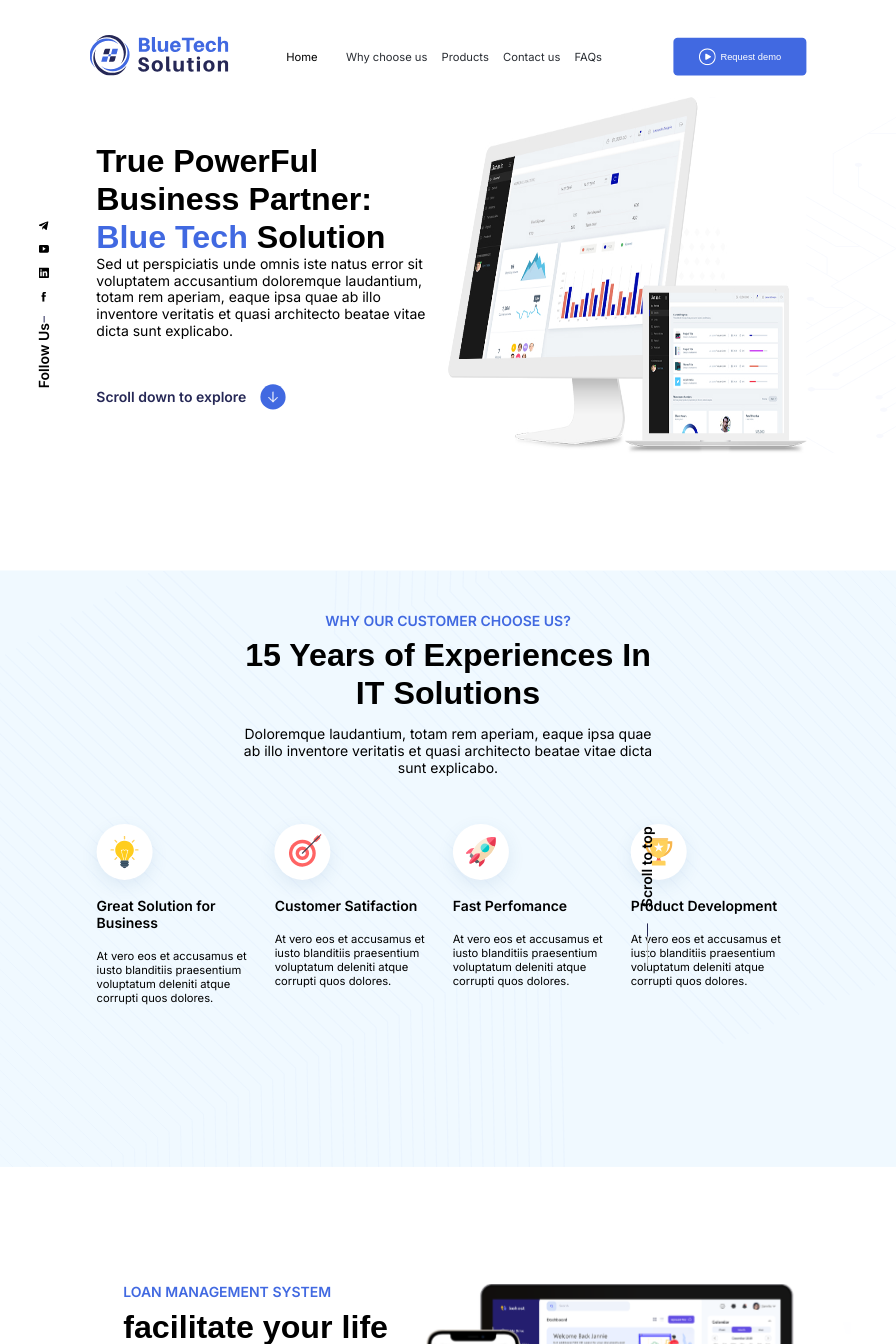
Repository: Chamsmey/static-html-css
Page: index.html
The author's editor kept a copy of each file at every save. The page is drawn from the files as they stood at one save, then again after a run of saves.
The browser window is 1280 px wide. The pictures show the part of the page from y = 0 to 1920 px (the page is 3034 px tall), at 70% of full size.
Some web fonts or font styles are not loaded; a fallback is used.

Above is the page before, as saved 2022-11-15 15:46:38.

### index.html
<!DOCTYPE html>
<html lang="en">

<head>
    <meta charset="UTF-8">
    <meta http-equiv="X-UA-Compatible" content="IE=edge">
    <meta name="viewport" content="width=device-width, initial-scale=1.0">
    <title>Blue Tech Solution</title>
    <link rel="stylesheet" href="./css/style.css">
    <link rel="shortcut icon" href="./icons/BlueTech solution _ Logo.svg" type="image/x-icon">
</head>

<body>

    <!-- /// navbar  -->
    <div class="container">
        <nav>
            <div class="logo_group">
                <img src="./icons/BlueTech solution _ Logo.svg" alt="">
            </div>
            <ul class="nav_menu flex_evenly_center">
                <a href="#">
                    <li class="menu_items">Home</li>
                </a>
                <a href="#choose_us">
                    <li class="menu_items">Why choose us
                </a>
                <a href="#products">
                    <li class="menu_items">Products
                </a>
                <a href="#contact">
                    <li class="menu_items">Contact us
                </a>
                <a href="#faq">
                    <li class="menu_items">FAQs</li>
                </a>
            </ul>
            <button class="btn btn_primary">
                <img src="./icons/icon_play_circle.svg" alt="">
                <span>Request demo</span>
            </button>
        </nav>
        <!-- // home  -->
        <section id="home" class="">
            <!-- si=============side left ========= -->
            <div id="side_left" class="flex_beteen_center">

                <div id="follow_social">
                    <div class="icon_group flex_col">
                        <img class="follow_icon" width="15.02px" height="12.6px" src="./icons/icon_telegram.svg" alt="">
                        <img class="follow_icon" width="14.98px
                        " height="11.24px" src="./icons/icon_youtube.svg" alt="">
                        <img class="follow_icon" width="15px" height="15px" src="./icons/icon_linkedIn.svg" alt="">
                        <img class="follow_icon" width="7.5px" height="15px" src="./icons//Icon_facebook.svg" alt="">
                        <img class="follow_icon" width="2px" height="10px" src="./icons//icon_I.svg" alt="">

                        <h5 class="text_tranform text_sm text_center my_25"> Follow Us </h5>

                    </div>
                </div>
                <div id="content">
                    <div class="">
                        <h1 class="text_3xl" >True PowerFul Business Partner: <span class="text_3xl color_primary">Blue Tech </span>Solution</h1>
                        <p class="text_sm">Sed ut perspiciatis unde omnis iste natus error sit voluptatem
                            accusantium doloremque laudantium, totam rem aperiam, eaque ipsa quae ab
                            illo inventore veritatis et quasi architecto
                            beatae vitae dicta sunt explicabo.</p>
                    </div>
                    <div class="">
                        <div id="scroll_icon">
                            <h4 class="text_sm color_secodary">Scroll down to explore</h4>
                            <div class="icon_circle bg_primary ml_10">
                                <img src="./icons/icon_arrow_down_white.png" alt="">
                            </div>
                        </div>

                    </div>

                </div>
            </div>
            <!-- /////////////// side right  -->
            <div id="side_right">
                <img src="./images/home/01.jpg" alt="">
            </div>
        </section>
        </section>

        <!-- choose us -->
        <section id="choose_us" class="choose_us_section bg_primary">
            <div class="header">
                <div class="section_header">
                    <h4 class="text_sm color_primary text_upper mt_50">
                        Why our customer choose us?
                    </h4>
                    <h1 class="text_3xl my_10">
                        15 Years of Experiences
                        In IT Solutions
                    </h1>
                    <p class="text_sm my_10">
                        Doloremque laudantium, totam rem aperiam,
                        eaque ipsa quae ab illo inventore veritatis et quasi architecto beatae
                        vitae dicta sunt explicabo.
                    </p>
                </div>
            </div>
            <div class="card_group_items">
                <div class="card_group flex_beteen_start">
                    <div class="card">
                        <div class="card_header">
                            <div class="icon_circle bg_white icon_80x_80x box_shadow">
                                <img src="./icons/icon_light.svg" alt="">
                            </div>
                        </div>
                        <div class="card_body">
                            <h4 class="text_sm my_25">Great Solution for Business</h4>
                            <p class="text_ms my_10">At vero eos et accusamus et iusto blanditiis praesentium
                                voluptatum deleniti atque corrupti quos dolores.</p>
                        </div>
                    </div>
                    <div class="card">
                        <div class="card_header">
                            <div class="icon_circle bg_white icon_80x_80x box_shadow">
                                <img class="posttion_absolute_center" src="./icons/icon_focus.svg" alt="">
                            </div>
                        </div>
                        <div class="card_body">
                            <h4 class="text_sm my_25">Customer Satifaction</h4>
                            <p class="text_ms my_10">At vero eos et accusamus et iusto blanditiis praesentium
                                voluptatum deleniti atque corrupti quos dolores.</p>
                        </div>
                    </div>
                    <div class="card">
                        <div class="card_header">
                            <div class="icon_circle bg_white icon_80x_80x box_shadow">
                                <img src="./icons/icon_rocket.svg" alt="">
                            </div>
                        </div>
                        <div class="card_body">
                            <h4 class="text_sm my_25">Fast Perfomance</h4>
                            <p class="text_ms my_10">
                                At vero eos et accusamus et iusto blanditiis praesentium
                                voluptatum deleniti atque corrupti quos dolores.</p>
                        </div>
                    </div>
                    <div class="card">
                        <div class="card_header">
                            <div class="icon_circle bg_white icon_80x_80x box_shadow">
                                <img src="./icons/icon_champion.svg" alt="">
                            </div>
                        </div>
                        <div class="card_body">
                            <h4 class="text_sm my_25">Product Development</h4>
                            <p class="text_ms my_10">At vero eos et accusamus et iusto blanditiis praesentium
                                voluptatum deleniti atque corrupti quos dolores.</p>
                        </div>
                    </div>
                </div>
            </div>
            <div class="scroll_bar">
                <h4 class="scroll_bar_title text_sm text_tranform py_30">
                 Scroll to top
                </h4>

                <div class="bar">
                    <img src="./icons/icon_scroll_bar.svg" alt="">
                </div>
            </div>
        </section>
    </div>
    <div>

    </div>
    <!-- product  -->
    <div class="container">
        <section id="products" class="products_section">
            <div class="product_description">
                <h4 class="text_sm text_upper color_primary">Loan Management system</h4>
                <h1 class="text_3xl mt_10">
                    facilitate your life and business
                </h1>
                <p class="text_ms">We provide you with turnkey solutions to support the development
                    of your business and make a better life.</p>
                    <div class="product_values flex_beteen_start">
                        <div class="product_value flex_align_center mt_20">
                            <img src="./icons/icon_percent.svg" alt="">
                            <p class="text_sm text_simibold ml_20">Eliminating human error</p>
                        </div>
                        <div class="product_value flex_align_center mt_20">
                            <img src="./icons/icon_micro.svg" alt="">
                            <p class="text_sm text_simibold ml_20">Automated reporting</p>
                        </div>
                        <div class="product_value flex_align_center mt_20">
                            <img src="./icons/icon_prevent.svg" alt="">
                            <p class="text_sm text_simibold ml_20">Preventing delays in payment</p>
                        </div>
                        <div class="product_value flex_align_center mt_20">
                            <img src="./icons/icon_sms.svg" alt="">
                            <p class="text_sm text_simibold ml_20">Increased revenue</p>
                        </div>
                        <div class="product_value flex_align_center mt_20">
                            <img src="./icons/icon_save.svg" alt="">
                            <p class="text_sm text_simibold ml_20">Saving time</p>
                        </div>
                    </div>
                <button class="btn btn_primary mt_50"><a href="#" class="color_white">Explore more</a> <img src="./icons/icon_arrow_right.svg" alt=""></button>
            </div>
            <div class="product_bg">
                <img src="./images/product.svg" alt="">

            </div>

        </section>
        <section id="products" class="products_section">
            <div class="product_bg">
                <img src="./images/products/products.svg" alt="">

            </div>
            <div class="product_description">
                <h4 class="text_sm text_upper color_primary">Loan Management system</h4>
                <h1 class="text_3xl mt_10">
                    facilitate your life and business
                </h1>
                <p class="text_ms">We provide you with turnkey solutions to support the development
                    of your business and make a better life.</p>
                    <div class="product_values flex_beteen_start">
                        <div class="product_value flex_align_center mt_20">
                            <img src="./icons/icon_percent.svg" alt="">
                            <p class="text_sm text_simibold ml_20">Eliminating human error</p>
                        </div>
                        <div class="product_value flex_align_center mt_20">
                            <img src="./icons/icon_micro.svg" alt="">
                            <p class="text_sm text_simibold ml_20">Automated reporting</p>
                        </div>
                        <div class="product_value flex_align_center mt_20">
                            <img src="./icons/icon_prevent.svg" alt="">
                            <p class="text_sm text_simibold ml_20">Preventing delays in payment</p>
                        </div>
                        <div class="product_value flex_align_center mt_20">
                            <img src="./icons/icon_sms.svg" alt="">
                            <p class="text_sm text_simibold ml_20">Increased revenue</p>
                        </div>
                        <div class="product_value flex_align_center mt_20">
                            <img src="./icons/icon_save.svg" alt="">
                            <p class="text_sm text_simibold ml_20">Saving time</p>
                        </div>
                    </div>
                <button class="btn btn_primary mt_50"><a href="#" class="color_white">Explore more</a> <img src="./icons/icon_arrow_right.svg" alt=""></button>
            </div>


        </section>

    </div>
    <!-- contact  -->
    <section id="contact" class="contact_us_section">

    </section>

    <!-- FAQs  -->
    <section id="faq" class="faq_section">

    </section>
    </div>

    <!-- footer -->
    <footer>

    </footer>
</body>

</html>

### css/style.css
@import url("https://fonts.cdnfonts.com/css/recoleta");
@import url("https://fonts.googleapis.com/css2?family=Inter:wght@100;200;300;400;500;600&family=Open+Sans:ital,wght@0,300;0,400;1,300&display=swap");

* {
  padding: 0;
  margin: 0;
  box-sizing: border-box;
  scroll-behavior: smooth;
}
/* root  */
:root {
  /* color  */
  --color-primary: #4169e1;
  --color-secondary: #262856;
  --bg-color-:#F0F9FF
;
  --color-black: #292d33;
  --color-red: #c14040;
  --color-background: #f1f6fa;
  /* // font size  */
  --text-headline-1: 46px;
  --text-headline-2: 38px;
  --text-headline-3: 30px;
  --text-headline-4: 22px;
  --text-headline-6:18px;
  --text-paragraph-1: 20px;
  --text-paragraph-2: 16px;
  --text-paragraph-3:14px;
  /* // font  family  */
  --heading-font: "Recoleta", sans-serif;
  --paragraph-font: "Open Sans", sans-serif;
  --sub-heading-font: "Inter", sans-serif;
}
/* nav/ */
.color_primary {
  color: var(--color-primary);
}
.color_secodary{
  color: var(--color-secondary);
}
.bg_white{
  background:#fff;
}

/* // text style  */
.text_sm{
  font-size: var(--text-paragraph-1);
  font-family: var(--sub-heading-font);

}
.text_ms{
  font-size: var(--text-paragraph-2);
  font-family: var(--sub-heading-font);
}
.text_3xl{
  font-size: var(--text-headline-1);
  font-family: var(--heading-font);
}
.text_2xl{
  font-size: var(--text-headline-2);
  font-family: var(--heading-font);
}
.text_xl{
  font-size: var(--text-headline-3);
  font-family: var(--heading-font);
}
.text_md{
  font-family: var(--sub-heading-font);
  font-size: var( --text-headline-2);
}
.text_sm_bold{
  font-size: 700;
}

.text_thin{
  font-weight: 400;
}
.text_simibold{
  font-weight: 600;
}
.text_bold{
  font-weight: 700;
}
.text_upper{
  text-transform: uppercase;
}
.text_center {
  text-align: center;
}
.ml_10{
  margin-left: 10px;
}
/* // margin  */
.my_25{
  margin: 25px 0;
}

.my_10{
  margin: 10px 0;
}
.mt_50 {
  margin-top: 50px;
}

.mt_30 {
  margin-top: 30px;
}
.mt_50{
  margin-top: 50px;
}
.mt_20{
  margin-top: 20px;
}
.mt_10{
  margin-top: 10px;
}
.ml_10{
  margin-left: 20px;
}
.ml_20{
  margin-left: 10px;
}

/* // padding */
.px_20{
    padding: 0 20px;
}
.py_10{
  padding: 10px 0;
}

.py_30{
  padding: 30px 0;
}
.px_30{
    padding: 0 30px;
}

/* // flexbox */
.flex_beteen_center {
    display: flex;
    justify-content: space-between;
    flex-wrap: wrap;
    align-items: center;
  }
  .flex_align_center{
    display: flex;
    align-items: center;
  }
  .flex_beteen_start {
    display: flex;
    justify-content: space-between;
    flex-wrap: wrap;
    align-items: flex-start;
  }
  .flex_evenly_center {
    display: flex;
    justify-content: space-evenly;
    flex-wrap: wrap;
    align-items: center;
  }

  .postion_absolute{
    position:absolute;
  }


.box_shadow{
  box-shadow: 0px 8px 24px rgba(53, 95, 158, 0.1);
}
/* ============ */

.container{
  width: 100%;
  margin: auto;
  margin-top: 50px;
}
nav {
  width: 80%;
  margin: 27px auto;
  display: flex;
  justify-content: space-between;
  align-items: center;
}


.nav_menu {
  width: 50%;
  list-style-type: none;
  box-sizing: border-box;
}
a {
  color: var(--color-black);
}
.menu_items {
  color: black;
/* margin-right: 10%; */
  font-family: "Inter", sans-serif;
  font-style: normal;
  font-weight: 400;
  font-size: 16px;
}
a {
  text-decoration: none;
}

.bg_primary {
  background: var(--color-primary);
}
.btn {
  Width:190px;
  Height:54px;
  display: flex;
  flex-direction: row;
  justify-content: space-evenly;
  align-items: center;
  padding: 11px 30px;
  border: none;
  border-radius: 6px;
}
.btn_primary{
  color: white;
  background:var(--color-primary);

}
.color_white{
  color: white;
}
/* home  */
#home {
    width: 100%;
    display: flex;
    margin: auto;
    justify-content: space-evenly;
}

.h1_title {
  font-size: 46px;
  font-family: var(--heading-font);
}
#side_left {
    width: 50%;
    padding: 1rem;
    display: flex;
    justify-content: space-between;
    /* background: red; */
}
#side_right{
  width: 50%;
  background-image: url(../images/home/frame_home.svg);
  background-position: center;
  background-repeat: no-repeat;
  background-size: cover;
  /* overflow: hidden; */

  display: flex;
  /* align-items: center; */
  /* background: green; */
}
#side_right img {
  width: 80%;
height: 509px;

}
#content {
    width: 80%;

    /* margin-top: 1rem; */
    /* padding:0em 8em ; */
    /* background: #d/dd; */
}
.flex_col {
  display: flex;
  flex-direction: column;
  flex-wrap: wrap;
}
.follow_icon {
  flex: 1;

  margin: 10px auto 10px auto;
}
#follow_social {
  margin-top: 4em;

}
.text_tranform {
  transform: rotate(-90deg);
}

#scroll_icon{
    margin-top: 4em;
    display: flex;
    align-items: center;
}
.posttion_absolute_center{
  position: absolute;
  left: 55%;
  top:48%;
  transform:translate(-50%, -50%);
}
.icon_circle{
  position: relative;
    width: 36px;
    padding: 5px;
    height: 36px;
    display: flex;
    justify-content: center;
    align-items: center;
    border-radius: 50%;
}

/* choose section  */
.choose_us_section{

  width: 100%;
  background:var(--bg-color-);
  background-image: url(../images/choose_page/frame_choose_us.svg);
  margin: 167px auto;
  display: flex;
  flex-direction: column;
  height: 852px;


}
.section_header{
  height: 352px;

  ;
}

.header .section_header{
  width: 49%;
  text-align: center;
  padding: 10px;
  display: flex;
  flex-direction: column;
  align-items: center;
  margin: auto;

}
.card_group_items{

  width: 80%;
  padding: 10px;
  display: block;
  margin: auto;
}
.card_group{
  height: 500px;
  /* background: #000; */

}
.card{
  width: 24%;
height: 300px;
/* background:gray; */

}

.icon_80x_80x{
  width: 80px;
  height: 80px;
}
.icon_center{
  left: 31.8%;

}

.scroll_bar{
  position: fixed;
  display: flex;

  flex-direction: column;
  justify-content: space-between;
  align-items:center;
  width: 50px;
  height: 200px;
  /* background: red; */
  left: 900px;
  top: 1184px;

}

.scroll_bar_title{
    column-width: auto;
    width: 140px;
    padding-left: 0px;
    /* background: blue; */
}


/* ========productsection ===== */

.products_section{
  width: 100%;
  padding: 0 ;
  margin: auto;
  height: 600px;

  display: flex;
  /* justify-content: space-between; */
/* background: #ddd; */
}

.product_description{
 width: 45%;
  /* background:red; */
  padding-left: 11em;
}
.product_value{
  width: 50%;
}
.product_bg{
  width: 50%;
  /* background: #000; */
  display: flex;
  justify-content:center;
  align-items: flex-start;
  background-image: url(../images/products/frame_pro_section.svg);
  /* background-color: #cccccc;  */
  background-position: center;
  background-repeat: no-repeat;
  background-size: cover;
}

.product_bg img{
  width: 90%;
  box-sizing: border-box;
}

After the next 4 saves:
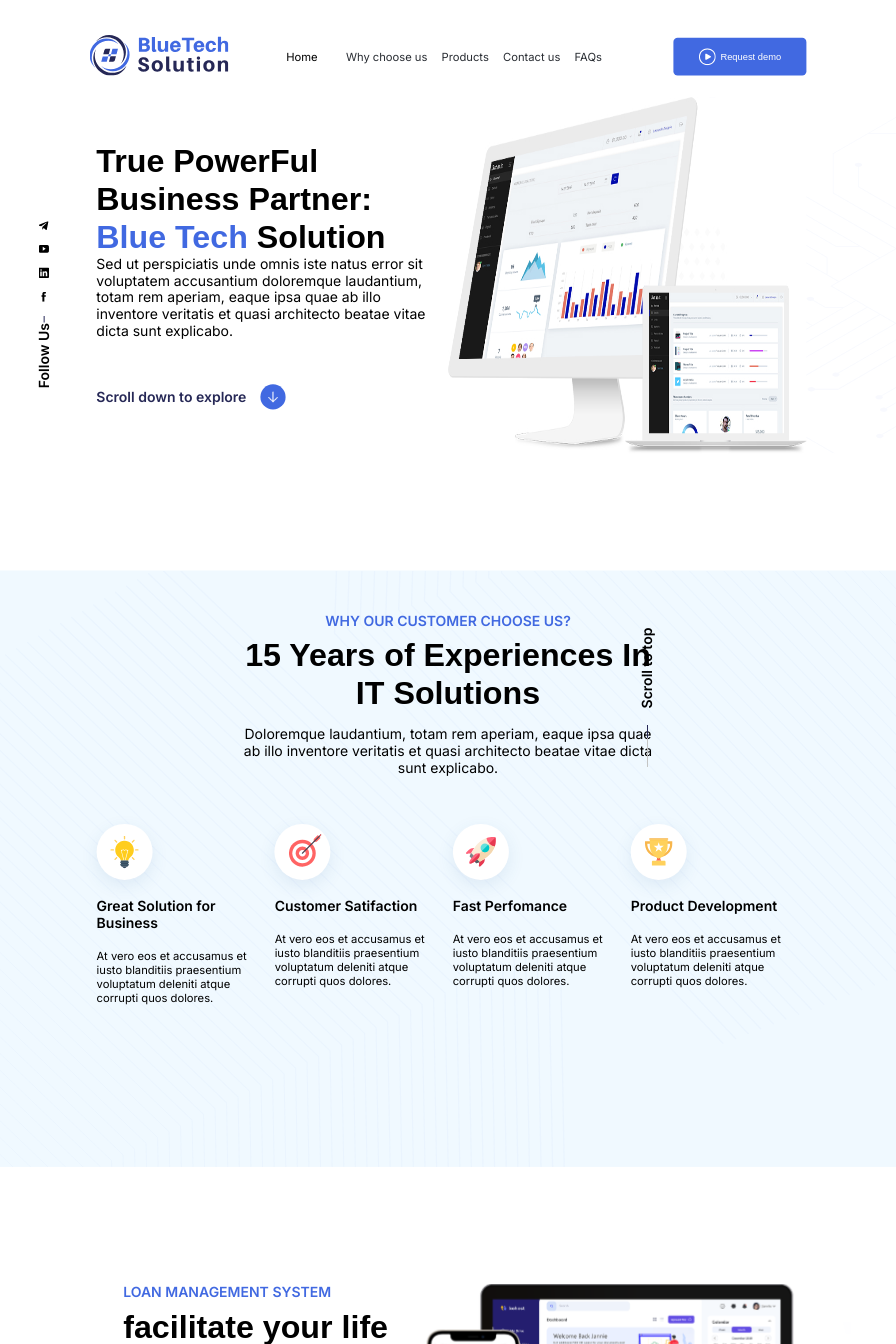
The 4 saves are shown as one change because they came seconds apart.
The last was saved 25 s later.
--- a/css/style.css
+++ b/css/style.css
@@ -377,7 +377,7 @@ height: 300px;
   height: 200px;
   /* background: red; */
   left: 900px;
-  top: 1184px;
+  top: 900px;
 
 }
 
